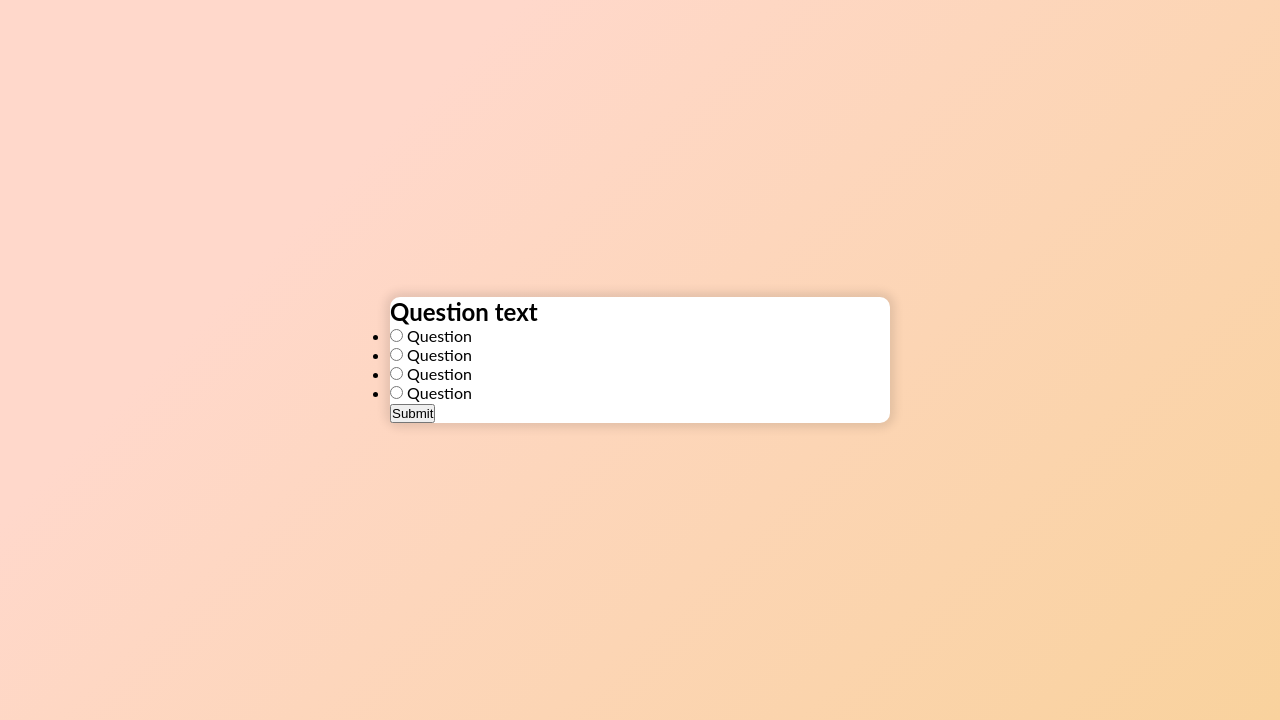
Repository: PratypartyY2K/JavaScript-Projects
Page: Quiz-App/index.html
An editor plug-in stored every save of this project. The page is shown before and after the next save, followed by the edit.
The browser window is 1280 px wide. The pictures show the whole page.

Above is the page before, as saved 2021-07-04 09:10:12.

After the next save:
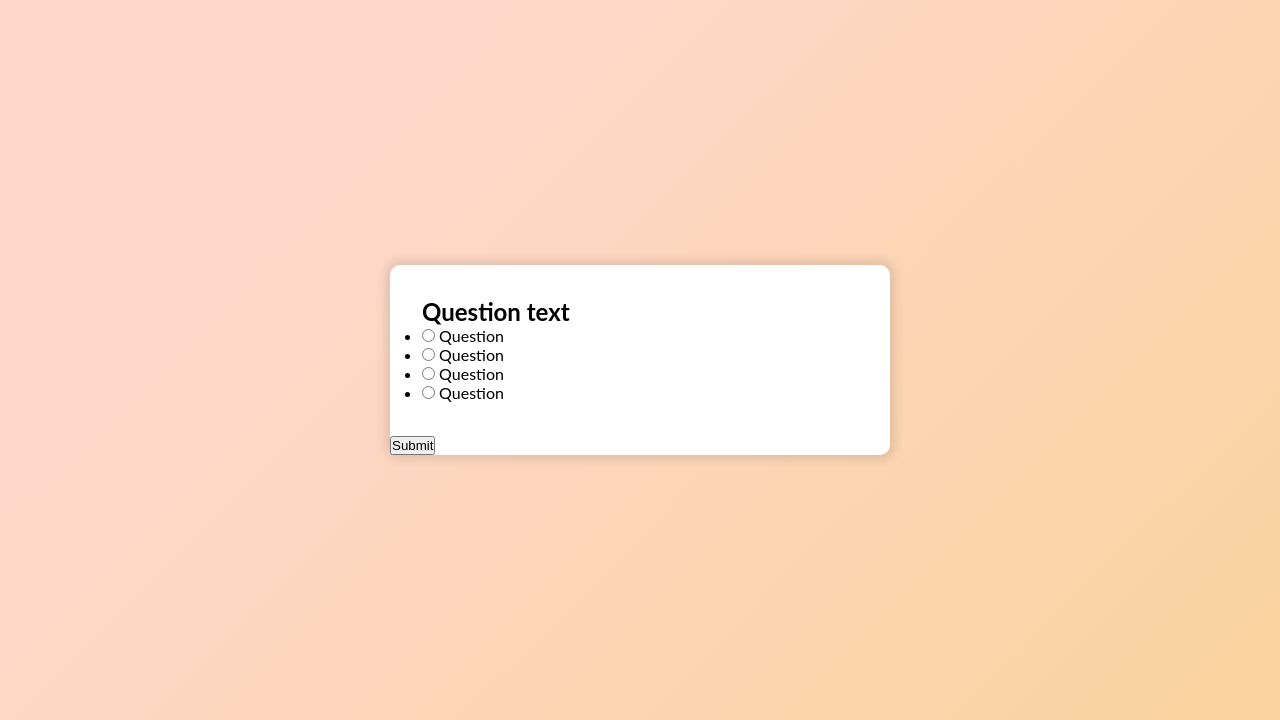
Saved 26 s later.
--- a/Quiz-App/styles.css
+++ b/Quiz-App/styles.css
@@ -19,5 +19,8 @@ body {
     width: 500px;
     border-radius: 10px;
     box-shadow: 0 0 10px 5px rgba(0,0,0,0.1);
+}
 
+.quiz-header {
+    padding: 2rem;
 }
